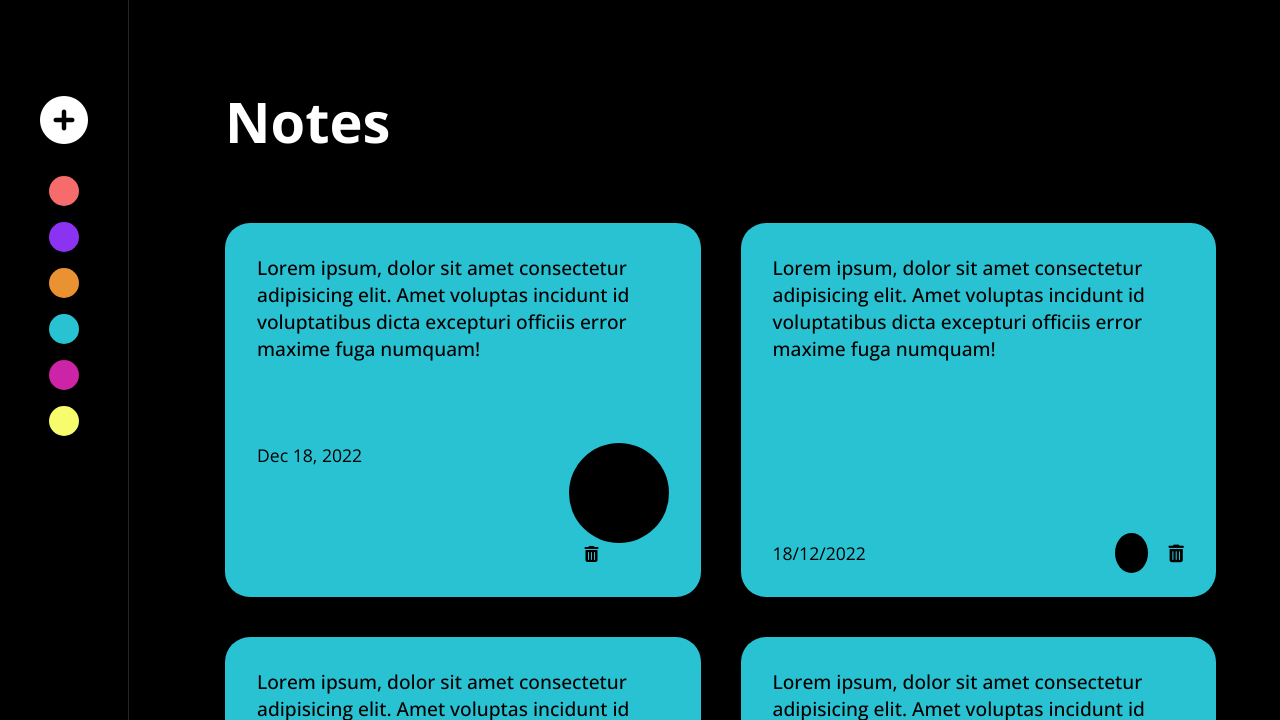
Repository: emiliaiwu/notes_app
Page: index.html
The author's editor kept a copy of each file at every save. The page is drawn from the files as they stood at one save, then again after the next save.
The browser window is 1280 px wide. The pictures show the whole page.
An inner scrolling area shows only its first screen. Some web libraries are served in a nearby version.

Above is the page before, as saved 2022-12-19 23:44:15.

### index.html
<!DOCTYPE html>
<html lang="en">
<head>
    <meta charset="UTF-8">
    <meta http-equiv="X-UA-Compatible" content="IE=edge">
    <meta name="viewport" content="width=device-width, initial-scale=1.0">
    <script src="https://kit.fontawesome.com/fd9c36575f.js" crossorigin="anonymous"></script>
    <link rel="stylesheet" href="style.css">
    <title>Notes App</title>
</head>
<body>
    <div class="container">
        <div class="add">
            <div class="add_card"><i class="fa-solid fa-circle-plus"></i></div>
            <ul class="card_colors">
                <li class="card_color c1"></li>
                <li class="card_color c2"></li>
                <li class="card_color c3"></li>
                <li class="card_color c4"></li>
                <li class="card_color c5"></li>
                <li class="card_color c6"></li>
            </ul>
        </div>
        <div class="cards_container">
            <h1>Notes</h1>
            <div class="cards">

                <div class="card">
                    <p class="text">
                        Lorem ipsum, dolor sit amet consectetur adipisicing elit. Amet voluptas incidunt id voluptatibus dicta excepturi officiis error maxime fuga numquam!
                    </p>
                    <span class="footer close">
                        <small class="date">Dec 18, 2022</small>
                        <div>
                           <div class="edit"><i class="fa-solid fa-pen"></i></div>
                           <div class="delete"><i class="fa-solid fa-trash-can"></i></div>
                        </div>
                    </span>
                    <span class="footer open">
                        <ul class="edit_settings">
                            <li class="bold"><i class="fa-solid fa-bold"></i></li>
                            <li class="italic"><i class="fa-solid fa-italic"></i></li>
                            <li class="underline"><i class="fa-solid fa-underline"></i></li>
                            <li class="strikethrough"><i class="fa-solid fa-strikethrough"></i></li>
                            <li class="toggleBtn"><i class="fa-solid fa-list-ul"></i></li>
                            <li class="add_image"><i class="fa-solid fa-image"></i></li>
                        </ul>
                    </span>
                </div>

                <div class="card">
                    <span class="text">
                        Lorem ipsum, dolor sit amet consectetur adipisicing elit. Amet voluptas incidunt id voluptatibus dicta excepturi officiis error maxime fuga numquam!
                    </span>
                    <span class="footer close">
                        <small class="date">18/12/2022</small>
                        <span>
                           <small class="edit"><i class="fa-solid fa-pen"></i></small>
                           <small class="delete"><i class="fa-solid fa-trash-can"></i></small>
                        </span>
                    </span>
                    <span class="footer open">
                        <ul class="edit_settings">
                            <li class="bold"><i class="fa-solid fa-bold"></i></li>
                            <li class="italic"><i class="fa-solid fa-italic"></i></li>
                            <li class="underline"><i class="fa-solid fa-underline"></i></li>
                            <li class="strikethrough"><i class="fa-solid fa-strikethrough"></i></li>
                            <li class="toggleBtn"><i class="fa-solid fa-list-ul"></i></li>
                            <li class="add_image"><i class="fa-solid fa-image"></i></li>
                        </ul>
                    </span>
                </div>

                <div class="card">
                    <span class="text">
                        Lorem ipsum, dolor sit amet consectetur adipisicing elit. Amet voluptas incidunt id voluptatibus dicta excepturi officiis error maxime fuga numquam!
                    </span>
                    <span class="footer close">
                        <small class="date">18/12/2022</small>
                        <span>
                           <small class="edit"><i class="fa-solid fa-pen"></i></small>
                           <small class="delete"><i class="fa-solid fa-trash-can"></i></small>
                        </span>
                    </span>
                    <span class="footer open">
                        <ul class="edit_settings">
                            <li class="bold"><i class="fa-solid fa-bold"></i></li>
                            <li class="italic"><i class="fa-solid fa-italic"></i></li>
                            <li class="underline"><i class="fa-solid fa-underline"></i></li>
                            <li class="strikethrough"><i class="fa-solid fa-strikethrough"></i></li>
                            <li class="toggleBtn"><i class="fa-solid fa-list-ul"></i></li>
                            <li class="add_image"><i class="fa-solid fa-image"></i></li>
                        </ul>
                    </span>
                </div>

                <div class="card">
                    <span class="text">
                        Lorem ipsum, dolor sit amet consectetur adipisicing elit. Amet voluptas incidunt id voluptatibus dicta excepturi officiis error maxime fuga numquam!
                    </span>
                    <span class="footer close">
                        <small class="date">18/12/2022</small>
                        <span>
                           <small class="edit"><i class="fa-solid fa-pen"></i></small>
                           <small class="delete"><i class="fa-solid fa-trash-can"></i></small>
                        </span>
                    </span>
                    <span class="footer open">
                        <ul class="edit_settings">
                            <li class="bold"><i class="fa-solid fa-bold"></i></li>
                            <li class="italic"><i class="fa-solid fa-italic"></i></li>
                            <li class="underline"><i class="fa-solid fa-underline"></i></li>
                            <li class="strikethrough"><i class="fa-solid fa-strikethrough"></i></li>
                            <li class="toggleBtn"><i class="fa-solid fa-list-ul"></i></li>
                            <li class="add_image"><i class="fa-solid fa-image"></i></li>
                        </ul>
                    </span>
                </div>


            </div>
        </div>




    </div>

</body>
</html>

### style.css
@import url('https://fonts.googleapis.com/css2?family=Open+Sans:wght@300;400;500;700&display=swap');


* {
    margin: 0;
    padding: 0;
    box-sizing: border-box;
    list-style-type: none;

}

body {
    font-family: 'Open Sans', sans-serif;
    width: 100vw;
    height: 100vh;
    background-color: #000;
    color: #fff;

}

h1 {
    font-size: 3.5rem;
    margin-bottom: 4rem;
    color: #fff;
}

.container {
    display: flex;
    width: 100%;
    height: 100%;
    gap: 2rem;
}

.add {
    border-right: 1px solid rgba(255, 255, 255, 0.15);
    min-height: 100vh;
    display: flex;
    flex-direction: column;
    align-items: center;
    padding: 6rem 2.5rem;

}

.card_color {
    width: 30px;
    height: 30px;
    border-radius: 50%;
    margin-bottom: 1rem;

}

.fa-circle-plus {
    font-size: 3rem;
    margin-bottom: 2rem;
}

.c1 {
    background-color: #F66B6B;
}

.c2 {
    background-color: #8C33F3;
}

.c3 {
    background-color: #EA9231;
}

.c4 {
    background-color: #29C2D3;
}

.c5 {
    background-color: #CC23A7;
}

.c6 {
    background-color: #F7FC6C;
}






/* CARDS CONTAINER */

.cards_container {
    padding: 5.2rem 4rem;
    height: 100%;
    overflow-y: scroll;
    width: 100%;
    color: #000;
}

.cards {
    display: grid;
    grid-template-columns: repeat(auto-fit, minmax(19rem, 1fr));
    gap: 2.5rem;
}

.card {
    display: flex;
    flex-direction: column;
    justify-content: space-between;
    background-color: #29C2D3;
    padding: 2rem 2rem 1rem 2rem;
    border-radius: 25px;
}

.close,
.edit_settings {
    display: flex;
    justify-content: space-between;

}

.text {
    margin-bottom: 5rem;
    font-size: 1.2rem;
    font-weight: 500;
    line-height: 1.4;
}




small {
    font-size: 1.1rem;
}

.edit {
    background-color: #000;
    width: 100px;
    height: 100px;
    padding: .5rem;
    border-radius: 50%;
}

.fa-trash-can {
    margin-left: 1rem;
}






.edit_settings {
    border-top: 1px solid rgba(0, 0, 0, 0.178);;
    width: 100%;
    padding: 1rem;
}

ul li i {
    font-size: 1.2rem;
}












/* OPEN AND CLOSE FUNCTIONALITY */

.open {
    display: none;

}

.close {
    padding-bottom: 1rem;
}

After the next save:
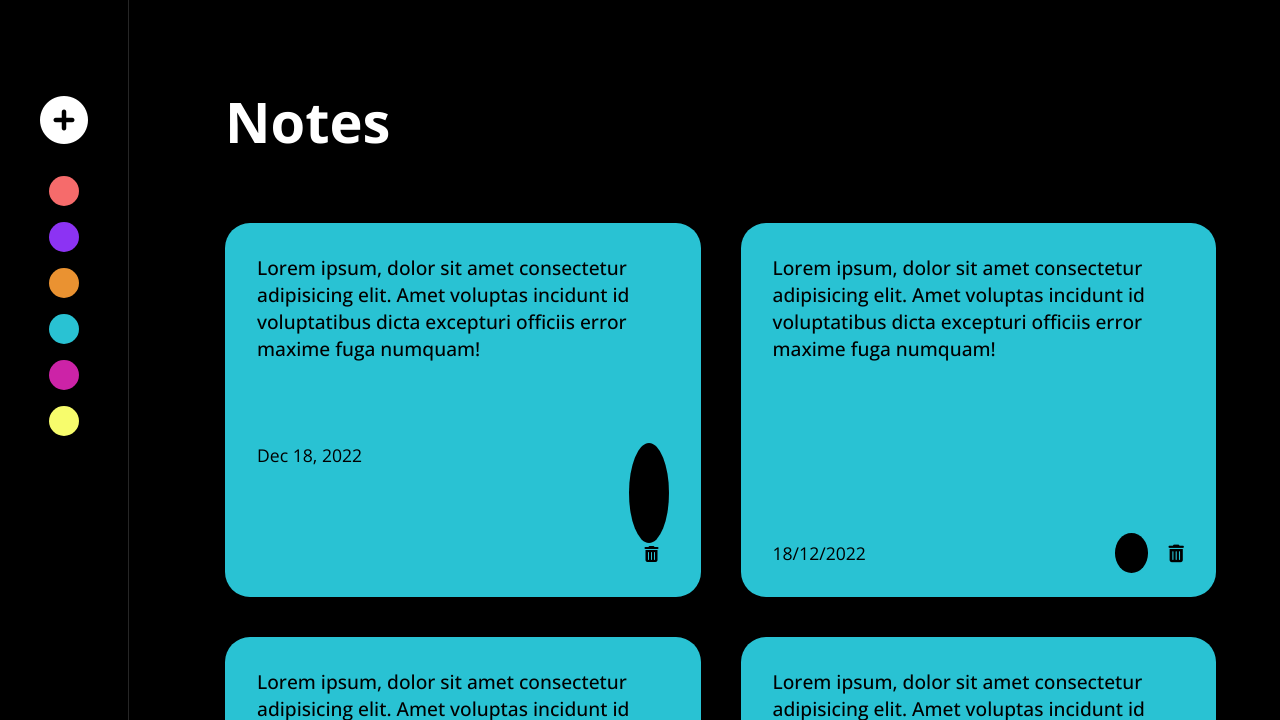
Saved 10 s later.
--- a/style.css
+++ b/style.css
@@ -131,7 +131,7 @@ small {
 
 .edit {
     background-color: #000;
-    width: 100px;
+    width: 40px;
     height: 100px;
     padding: .5rem;
     border-radius: 50%;
